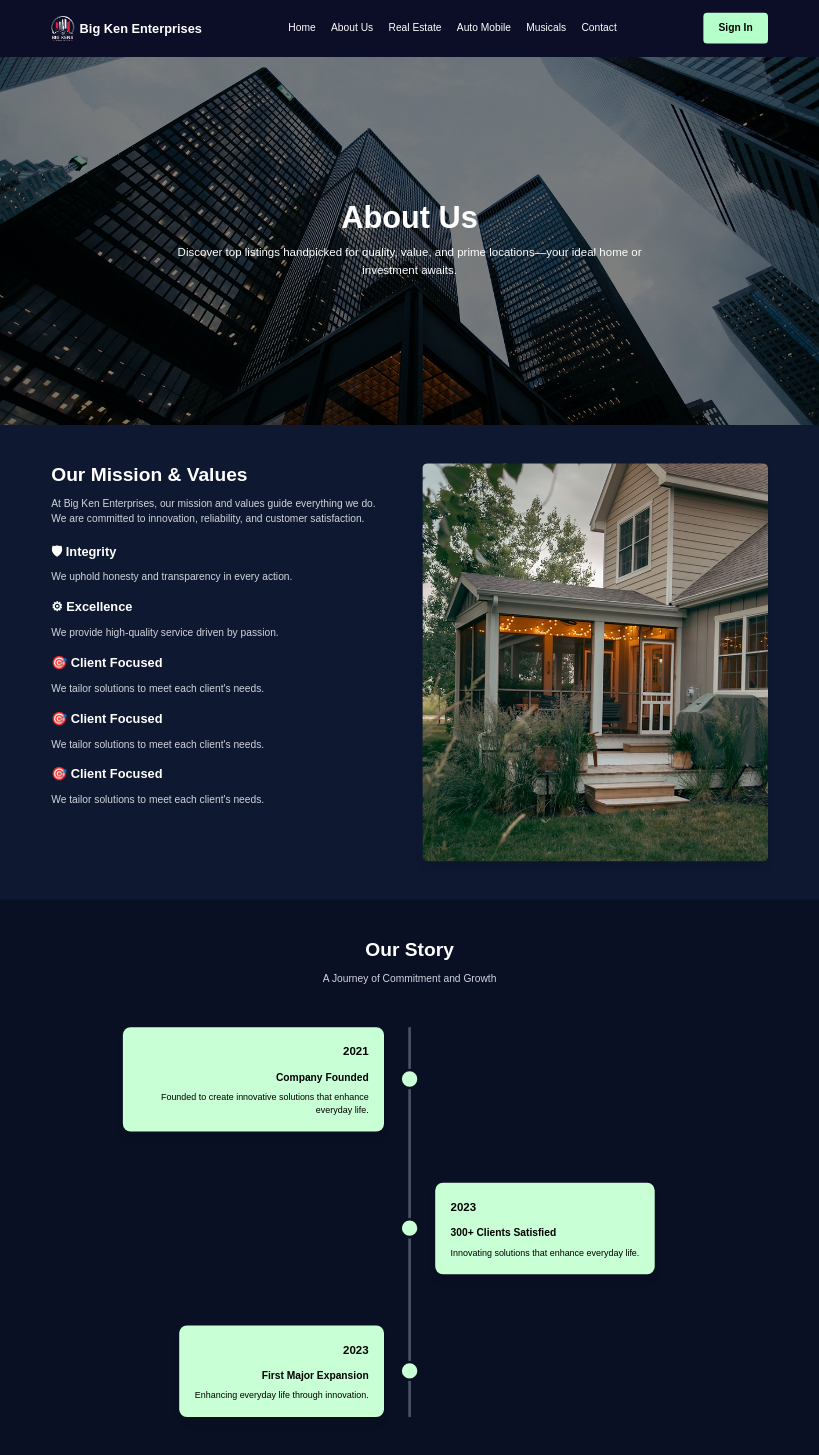
Repository: techvaro/Big-kens-realty-Frontend-react-
Page: /about (app in big-kens-realty/)
These files come from the project's save history. The page is drawn as it stood at one moment and after the next save; the edit follows.
The browser window is 1280 px wide. The pictures show the whole page, at 64% of full size.
The project was rebuilt for these pictures with package versions that can differ from the ones it lists, and the page was loaded fresh each time. Also part of the build but not shown: big-kens-realty/vite.config.js, big-kens-realty/src/components/Footer/Footer.jsx, big-kens-realty/src/components/Home/hero.jsx, big-kens-realty/src/components/Home/Services.jsx, big-kens-realty/src/components/Home/Stats.jsx, big-kens-realty/src/components/Home/About.jsx, big-kens-realty/src/components/Home/FeaturedProperties.jsx, big-kens-realty/src/components/Home/AutoMobileSale.jsx and 2 more.

Above is the page before, as saved 2025-12-08 16:05:51.

After the next save:
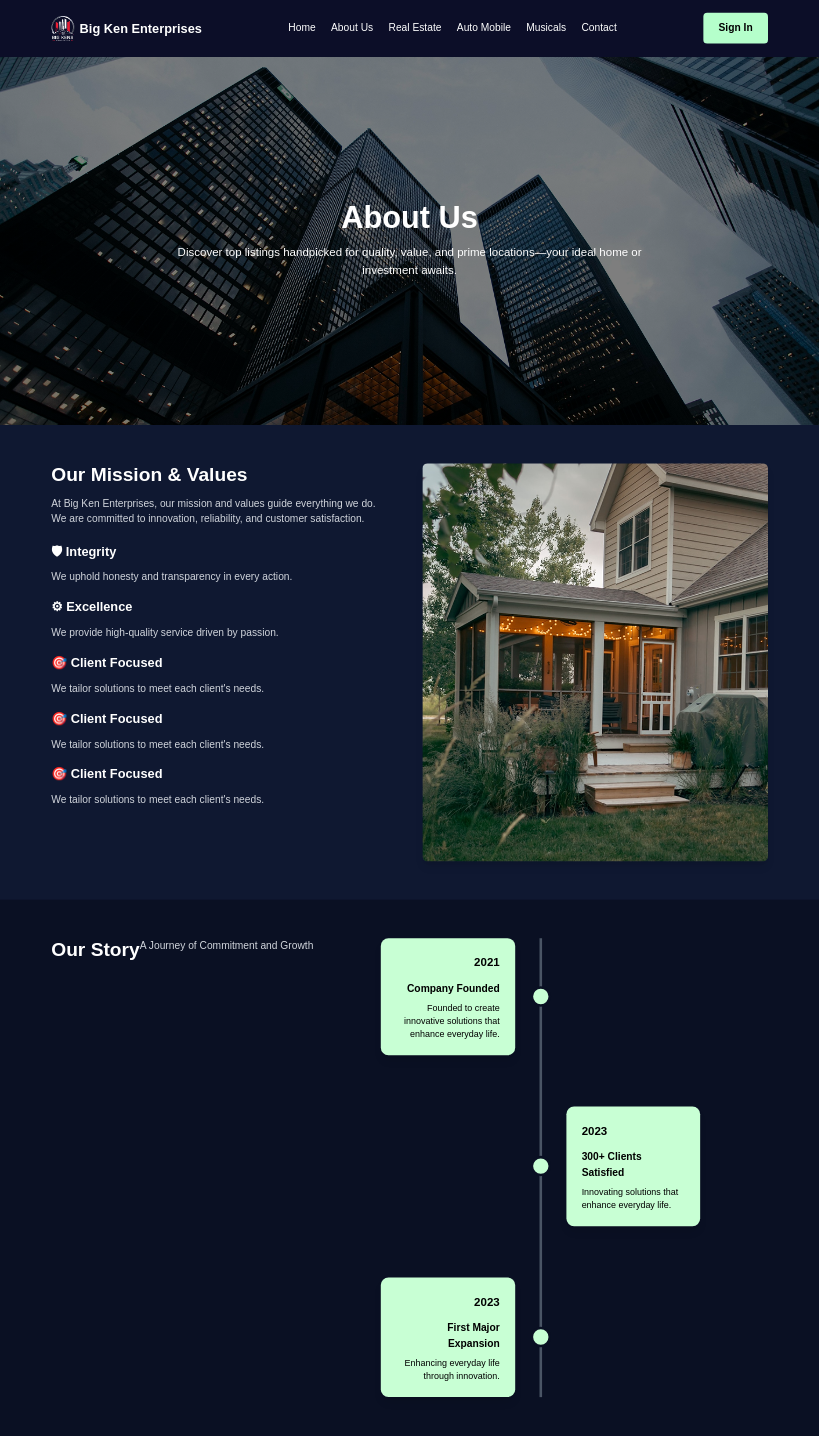
Saved 68 s later.
--- a/big-kens-realty/src/components/About/Timeline.jsx
+++ b/big-kens-realty/src/components/About/Timeline.jsx
@@ -1,6 +1,6 @@
 export default function TimelineSection() {
   return (
-    <section className="py-20 bg-[#0A1023] text-white text-center">
+    <section className="hidden lg:flex py-20 bg-[#0A1023] text-white text-center">
       <h2 className="text-3xl font-bold mb-2">Our Story</h2>
       <p className="text-gray-300 mb-16">A Journey of Commitment and Growth</p>
 

After the 4 saves that followed:
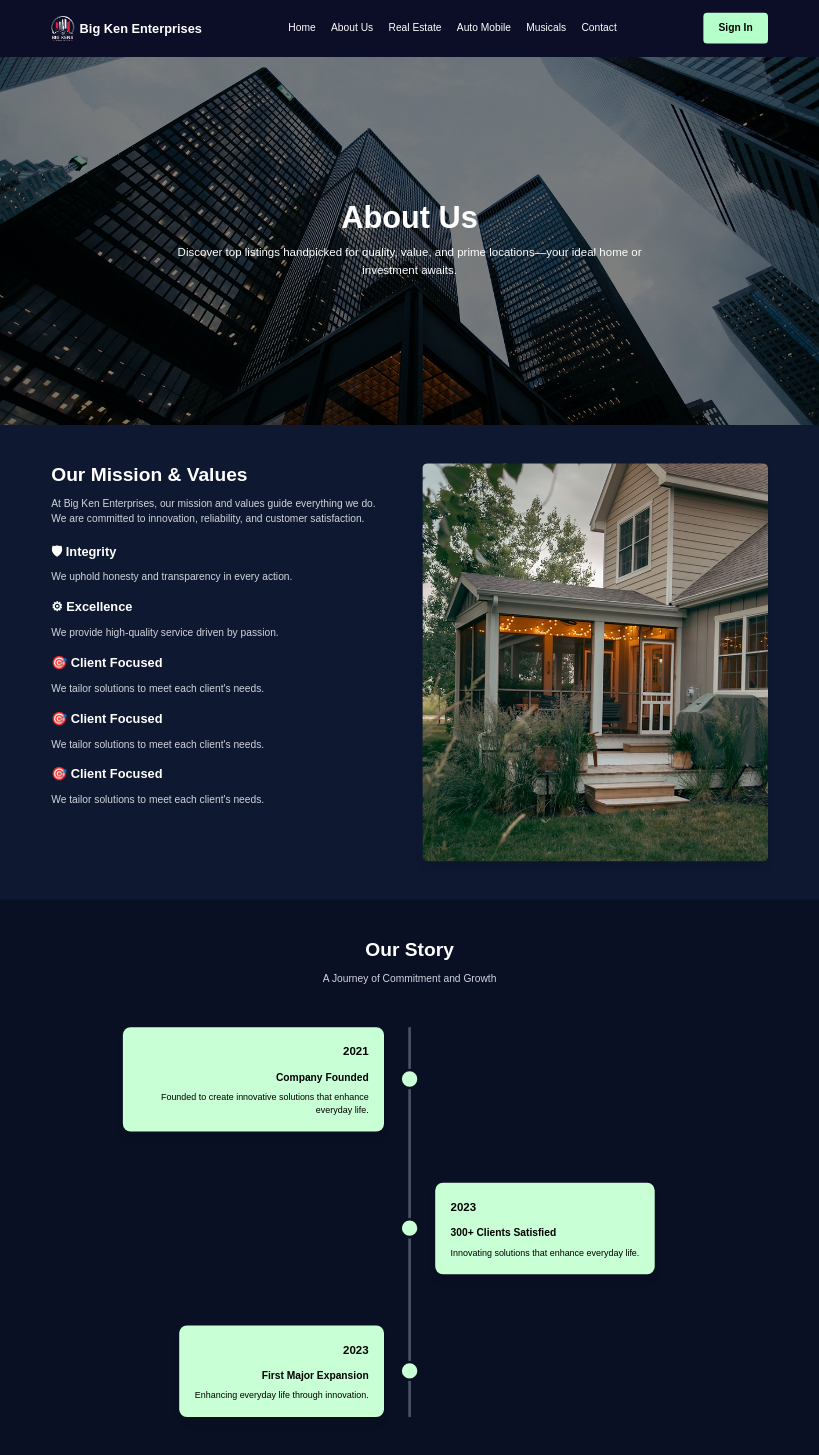
The 4 saves are shown as one change because 2 left the picture as it was and some came seconds apart.
The last was saved 4 min 36 s later.
--- a/big-kens-realty/src/components/About/Timeline.jsx
+++ b/big-kens-realty/src/components/About/Timeline.jsx
@@ -1,75 +1,106 @@
 export default function TimelineSection() {
   return (
-    <section className="hidden lg:flex py-20 bg-[#0A1023] text-white text-center">
-      <h2 className="text-3xl font-bold mb-2">Our Story</h2>
-      <p className="text-gray-300 mb-16">A Journey of Commitment and Growth</p>
+    <div>
+    {/* DESKTOP / LARGE SCREENS */}
+    <section className="hidden lg:block py-20 bg-[#0A1023] text-white text-center">
+        <h2 className="text-3xl font-bold mb-2">Our Story</h2>
+        <p className="text-gray-300 mb-16">A Journey of Commitment and Growth</p>
 
-      <div className="relative max-w-4xl mx-auto">
+        <div className="relative max-w-4xl mx-auto">
         {/* Center Vertical Line */}
         <div className="absolute left-1/2 transform -translate-x-1/2 h-full w-1 bg-gray-600"></div>
 
         <div className="space-y-20">
-          {/* === 2021 === */}
-          <div className="relative flex items-center">
+
+            {/* === 2021 === */}
+            <div className="relative flex items-center">
             {/* Left card */}
             <div className="w-1/2 pr-10 text-right">
-              <div className="bg-[#C8FFD4] text-black p-6 rounded-xl shadow-lg inline-block">
+                <div className="bg-[#C8FFD4] text-black p-6 rounded-xl shadow-lg inline-block">
                 <h3 className="font-bold text-lg">2021</h3>
                 <p className="font-semibold">Company Founded</p>
                 <p className="text-sm mt-2">
-                  Founded to create innovative solutions that enhance everyday life.
+                    Founded to create innovative solutions that enhance everyday life.
                 </p>
-              </div>
+                </div>
             </div>
 
             {/* Dot */}
             <div className="absolute left-1/2 transform -translate-x-1/2 w-8 h-8 bg-[#C8FFD4] rounded-full border-4 border-[#0A1023]"></div>
 
-            {/* Empty right space */}
+            {/* Right empty */}
             <div className="w-1/2"></div>
-          </div>
+            </div>
 
-          {/* === 2023 (Clients) === */}
-          <div className="relative flex items-center">
-            {/* Empty left space */}
+            {/* === 2023 (Clients) === */}
+            <div className="relative flex items-center">
+            {/* Empty left */}
             <div className="w-1/2"></div>
 
             {/* Right card */}
             <div className="w-1/2 pl-10 text-left">
-              <div className="bg-[#C8FFD4] text-black p-6 rounded-xl shadow-lg inline-block">
+                <div className="bg-[#C8FFD4] text-black p-6 rounded-xl shadow-lg inline-block">
                 <h3 className="font-bold text-lg">2023</h3>
                 <p className="font-semibold">300+ Clients Satisfied</p>
                 <p className="text-sm mt-2">
-                  Innovating solutions that enhance everyday life.
+                    Innovating solutions that enhance everyday life.
                 </p>
-              </div>
+                </div>
             </div>
 
             {/* Dot */}
             <div className="absolute left-1/2 transform -translate-x-1/2 w-8 h-8 bg-[#C8FFD4] rounded-full border-4 border-[#0A1023]"></div>
-          </div>
+            </div>
 
-          {/* === 2023 (Expansion) === */}
-          <div className="relative flex items-center">
+            {/* === 2023 (Expansion) === */}
+            <div className="relative flex items-center">
             {/* Left card */}
             <div className="w-1/2 pr-10 text-right">
-              <div className="bg-[#C8FFD4] text-black p-6 rounded-xl shadow-lg inline-block">
+                <div className="bg-[#C8FFD4] text-black p-6 rounded-xl shadow-lg inline-block">
                 <h3 className="font-bold text-lg">2023</h3>
                 <p className="font-semibold">First Major Expansion</p>
                 <p className="text-sm mt-2">
-                  Enhancing everyday life through innovation.
+                    Enhancing everyday life through innovation.
                 </p>
-              </div>
+                </div>
             </div>
 
             {/* Dot */}
             <div className="absolute left-1/2 transform -translate-x-1/2 w-8 h-8 bg-[#C8FFD4] rounded-full border-4 border-[#0A1023]"></div>
 
-            {/* Empty right */}
+            {/* Right empty */}
             <div className="w-1/2"></div>
-          </div>
+            </div>
+
         </div>
-      </div>
+        </div>
     </section>
+
+    {/* MOBILE / TABLET */}
+    <section className="lg:hidden py-20 bg-[#0A1023] text-white text-center">
+        <h2 className="text-3xl font-bold mb-10">Our Story</h2>
+        <p className="text-gray-300 mb-16">A Journey of Commitment and Growth</p>
+
+        <div className="flex flex-col items-center space-y-12">
+
+        <div className="bg-[#C8FFD4] text-black p-6 rounded-xl shadow max-w-md w-full">
+            <h3 className="font-bold text-lg">2021 — Company Founded</h3>
+            <p>Founded to create innovative solutions.</p>
+        </div>
+
+        <div className="bg-[#C8FFD4] text-black p-6 rounded-xl shadow max-w-md w-full">
+            <h3 className="font-bold text-lg">2023 — 300+ Clients Satisfied</h3>
+            <p>Continuing to deliver excellence daily.</p>
+        </div>
+
+        <div className="bg-[#C8FFD4] text-black p-6 rounded-xl shadow max-w-md w-full">
+            <h3 className="font-bold text-lg">2023 — First Major Expansion</h3>
+            <p>Enhancing everyday life through innovation.</p>
+        </div>
+
+        </div>
+  </section>
+</div>
+
   );
 }
